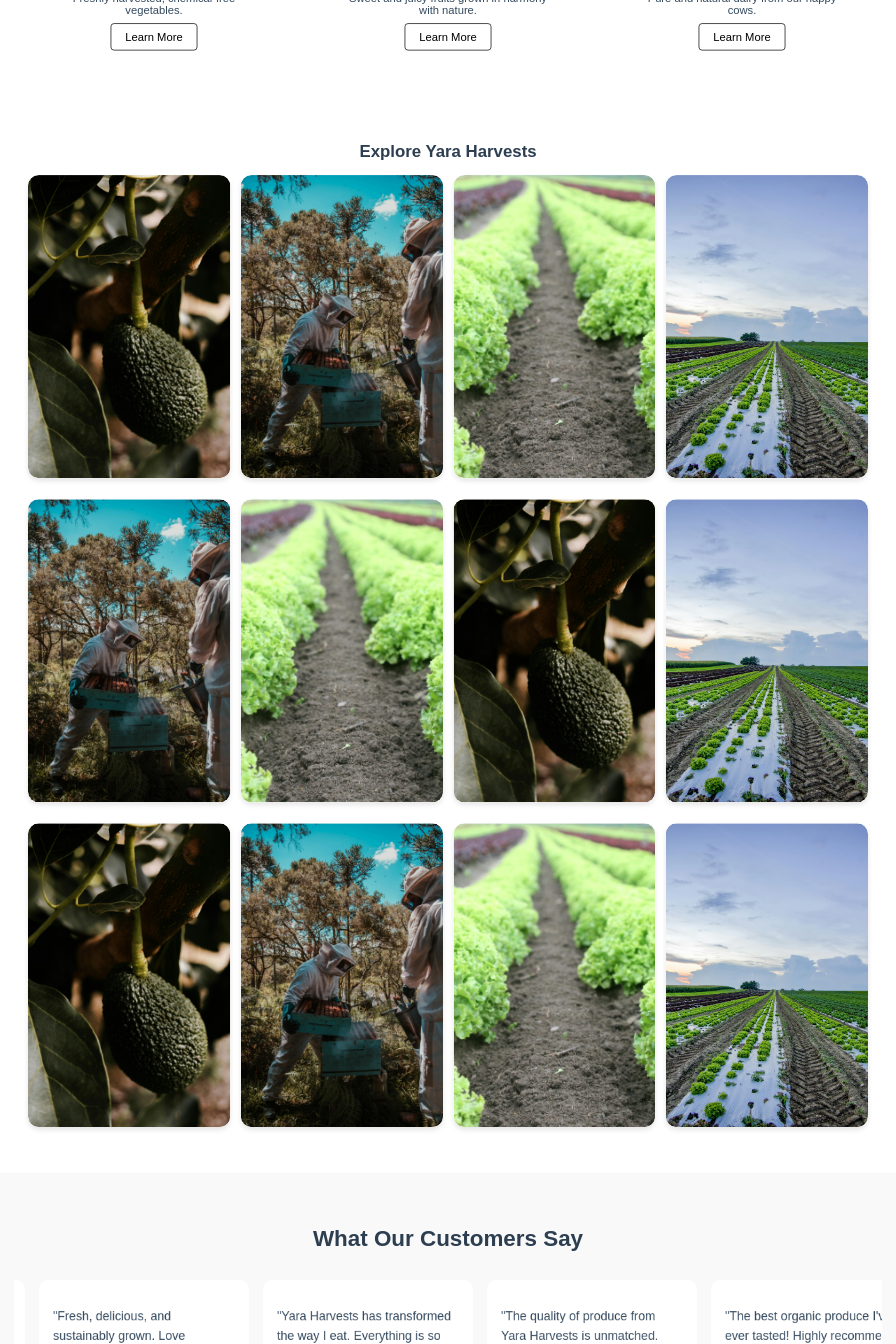
Repository: Kanyi-Manyara/yara-farm
Page: index.html
The author's editor kept a copy of each file at every save. The page is drawn from the files as they stood at one save, then again after the next save.
The browser window is 1280 px wide. The pictures show the part of the page from y = 1243 to 3163 px (the page is 4171 px tall before and 3852 px after), at 70% of full size.
Pictures or frames that could not be fetched are drawn as grey boxes.

Above is the page before, as saved 2025-05-09 20:46:55.

After the next save:
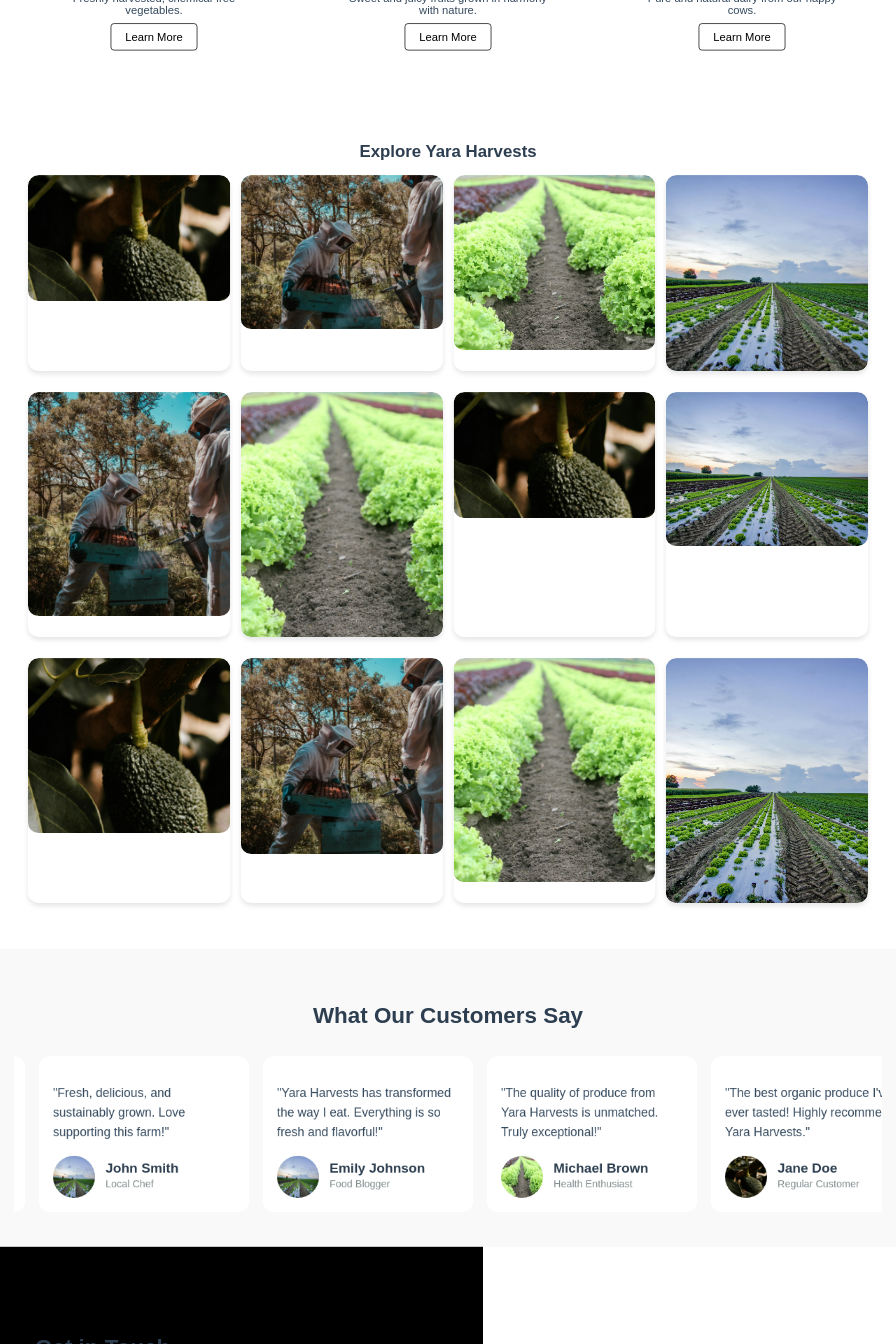
Saved 7 s later.
--- a/script.js
+++ b/script.js
@@ -220,3 +220,91 @@ carouselTrack.addEventListener('mouseenter', () => {
 carouselTrack.addEventListener('mouseleave', () => {
   startAutoScroll();
 });
+
+// Enhanced Pinterest-style Gallery with Lightbox
+document.addEventListener('DOMContentLoaded', () => {
+  // Initialize gallery items after page load
+  initGallery();
+
+  // Handle window resize for responsive adjustments
+  window.addEventListener('resize', adjustGallery);
+});
+
+function initGallery() {
+  const galleryItems = document.querySelectorAll('.gallery-item');
+
+  // Add event listeners for lightbox
+  galleryItems.forEach(item => {
+    // Add both click and touch event listeners
+    item.addEventListener('click', handleLightbox);
+    item.addEventListener('touchend', handleLightbox);
+
+    // Add loading="lazy" attribute to images for better performance
+    const img = item.querySelector('img');
+    if (img) {
+      img.setAttribute('loading', 'lazy');
+    }
+  });
+
+  // Apply varied heights to images for Pinterest-like effect
+  applyVariedHeights();
+}
+
+function applyVariedHeights() {
+  const galleryItems = document.querySelectorAll('.gallery-item img');
+  const heights = [180, 220, 250, 280, 320, 350]; // More natural variation
+
+  galleryItems.forEach((img, index) => {
+    // Cycle through heights array for variety
+    const heightIndex = index % heights.length;
+    const height = heights[heightIndex];
+
+    // Set a specific height for each image from our array of options
+    img.style.height = `${height}px`;
+    img.style.objectFit = 'cover';
+  });
+}
+
+function adjustGallery() {
+  // Reapply heights on window resize
+  applyVariedHeights();
+}
+
+function handleLightbox(e) {
+  // Prevent default behavior for touch events
+  if (e.type === 'touchend') {
+    e.preventDefault();
+  }
+
+  const imgSrc = this.querySelector('img').src;
+  const lightbox = document.createElement('div');
+  lightbox.style.position = 'fixed';
+  lightbox.style.top = '0';
+  lightbox.style.left = '0';
+  lightbox.style.width = '100%';
+  lightbox.style.height = '100%';
+  lightbox.style.backgroundColor = 'rgba(0, 0, 0, 0.8)';
+  lightbox.style.display = 'flex';
+  lightbox.style.justifyContent = 'center';
+  lightbox.style.alignItems = 'center';
+  lightbox.style.zIndex = '1000';
+
+  const lightboxImg = document.createElement('img');
+  lightboxImg.src = imgSrc;
+  lightboxImg.style.maxWidth = '90%';
+  lightboxImg.style.maxHeight = '90%';
+  lightboxImg.style.borderRadius = '15px';
+  lightboxImg.style.objectFit = 'contain'; // Show entire image in lightbox
+
+  lightbox.appendChild(lightboxImg);
+  document.body.appendChild(lightbox);
+
+  // Close on both click and touch
+  lightbox.addEventListener('click', () => {
+    document.body.removeChild(lightbox);
+  });
+  lightbox.addEventListener('touchend', (e) => {
+    e.preventDefault();
+    document.body.removeChild(lightbox);
+  });
+}
